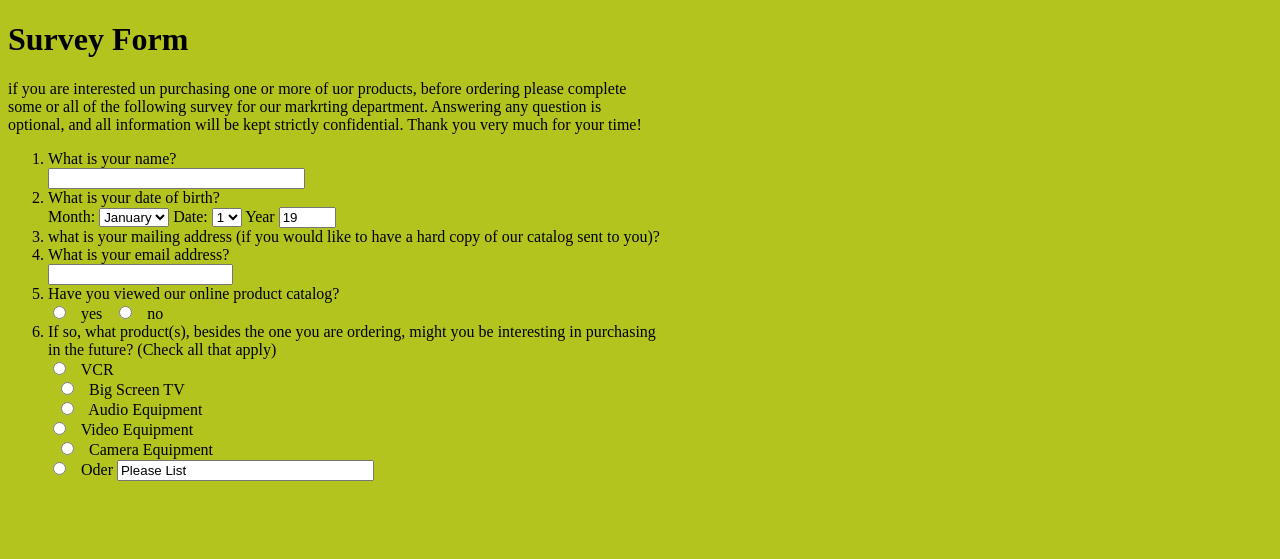
Repository: PhamChiXuan1/HTCNW_tuan3_DHCNTT16C_PhamChiXuan_20030131
Page: bt17.html
These files come from the project's save history. The page is drawn as it stood at one moment and after the next save; the edit follows.
The browser window is 1280 px wide. The pictures show the whole page.

Above is the page before, as saved 2022-02-27 22:47:30.

### bt17.html
<!DOCTYPE html>
<html lang="en">
<head>
    <meta charset="UTF-8">
    <meta http-equiv="X-UA-Compatible" content="IE=edge">
    <meta name="viewport" content="width=device-width, initial-scale=1.0">
    <title>Document</title>
</head>
<body style="background-color: rgb(179, 196, 31);">
    <H1>Survey Form</H1>
    <P>if you are interested un purchasing one or more of uor products, before ordering please complete <br>some or all of the following survey for our markrting department. Answering any question is <br>optional, and all information will be kept strictly confidential. Thank you very much for your time!</P>
    <ol type="1">

        <li>What is your name?</li>
            <input type="text" id="" name="19" size="29" >

        <li>What is your date of birth?</li>
        <form>
            <label for="cars">Month:</label>
            <select id="cars" name="cars">
                <option value="January">January</option>
            </select>
            <label for="cars">Date:</label>
            <select id="cars" name="cars">
                <option value="1">1</option>
            </select>
            <label for="cars">Year</label>
            <input type="text" id="" name="" size="4" value="19">

            <li>what is your mailing address (if you would like to have a hard copy of our catalog sent to you)?</li>

            <li>What is your email address?</li>
            <form>
                <input type="text" id="fname" name="fname" value=""><br>
            </form>

            <li>Have you viewed our online product catalog?</li>
            <input type="radio" id="" name="" value="">
                <label for="yes">yes</label>
            <input type="radio" id="" name="" value="">
                <label for="no">no</label><br>

            <li>If so, what product(s), besides the one you are ordering, might you be interesting in purchasing <br>in the future? (Check all that apply)</li>
            <input type="radio" id="" name="" value="">
                <label for="VCR">VCR</label><br>
            <input type="radio" id="" name="" value="">
                <label for="Big Screen TV">Big Screen TV</label><br>
            <input type="radio" id="" name="" value="">
                <label for="Audio Equipment">Audio Equipment</label><br>
            <input type="radio" id="" name="" value="">
                <label for="Video Equipment">Video Equipment</label><br>
            <input type="radio" id="" name="" value="">
                <label for="Camera Equipment">Camera Equipment</label><br>
            <input type="radio" id="" name="" value="">
                <label for="Oder">Oder</label> <input type="text" id="" name="" size="29" value="Please List">
        </form>
    </ol>


</body>
</html>

After the next save:
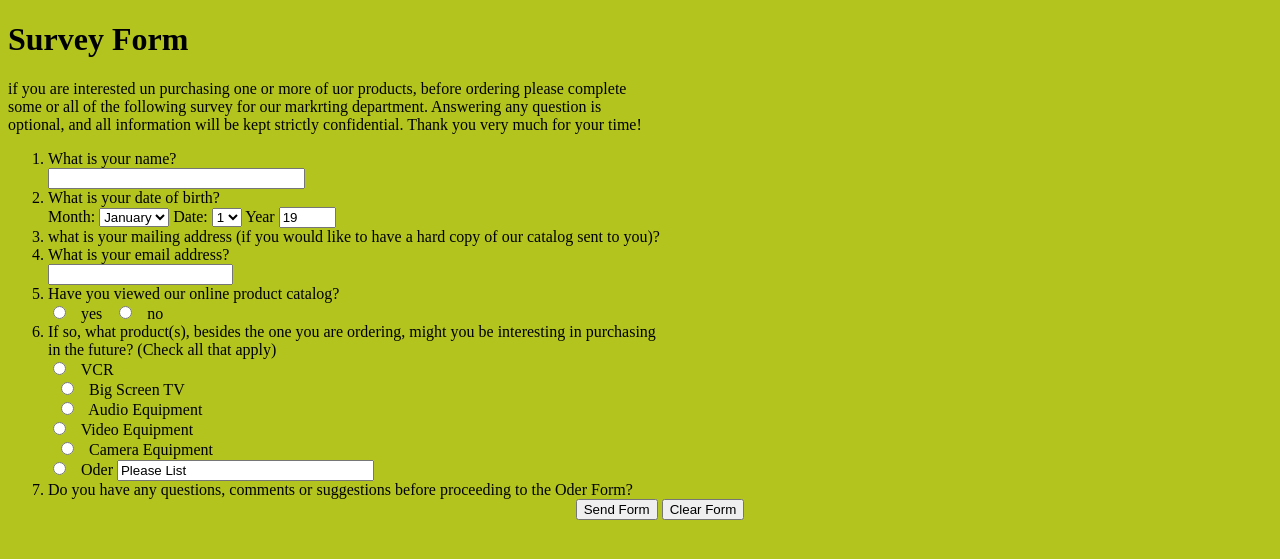
Saved 3 min 27 s later.
--- a/bt17.html
+++ b/bt17.html
@@ -53,9 +53,14 @@
                 <label for="Camera Equipment">Camera Equipment</label><br>
             <input type="radio" id="" name="" value="">
                 <label for="Oder">Oder</label> <input type="text" id="" name="" size="29" value="Please List">
+
+            <li>Do you have any questions, comments or suggestions before proceeding to the Oder Form?</li>
+
+            <center>
+                <input type="submit" value="Send Form">
+                <input type="submit" value="Clear Form">
+            </center>
         </form>
     </ol>
-
-
 </body>
 </html>
